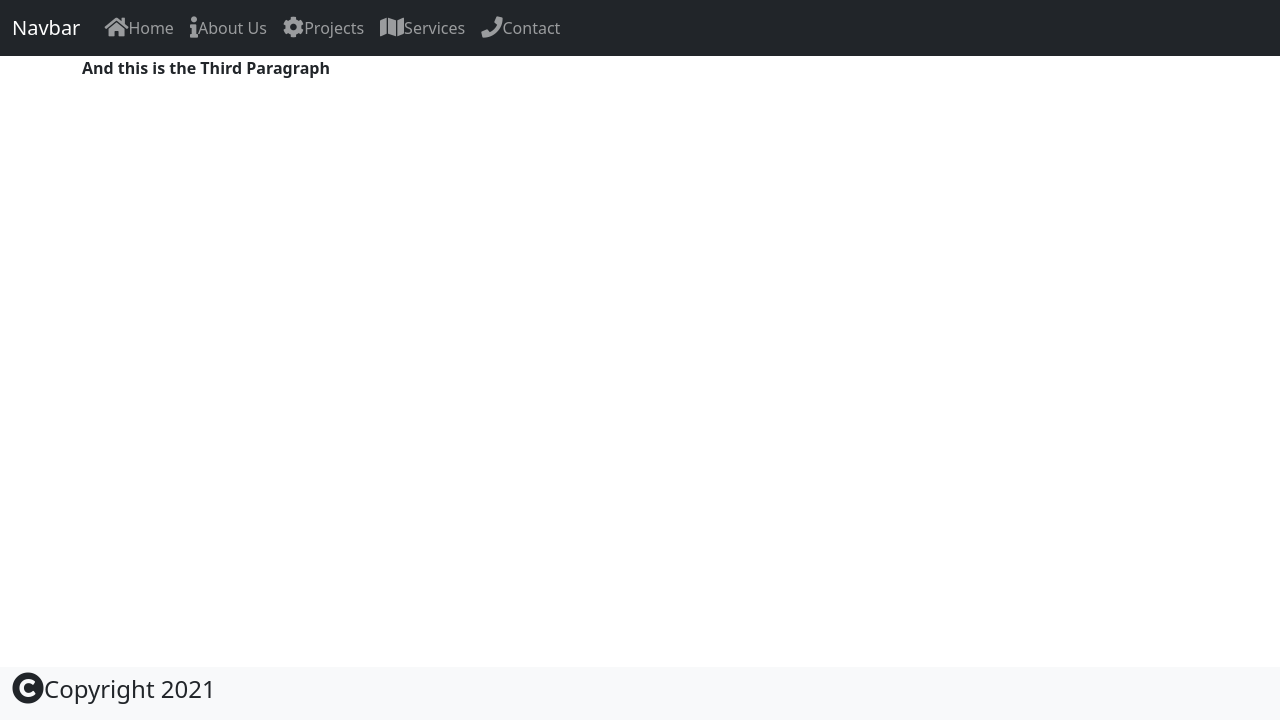
Repository: deividwsantoss/webd6201-W2021-ICE1
Page: Index.html
An editor plug-in stored every save of this project. The page is shown before and after the next save, followed by the edit.
The browser window is 1280 px wide. The pictures show the whole page.

Above is the page before, as saved 2021-02-02 11:07:53.

### Index.html
<!DOCTYPE html>
<html lang="en">
<head>
    <meta charset="UTF-8">
    <meta name="viewport" content="width=device-width, initial-scale=1.0">
    <title>WEBD6201 - W2021 - ICE 1</title>
</head>
<!-- CSS SECTION -->
<link rel="stylesheet" href="./node_modules/bootstrap/dist/css/bootstrap.min.css">
<link rel="stylesheet" href="./node_modules/@fortawesome/fontawesome-free/css/all.min.css">
<link rel="stylesheet" href="./Content/app.css">

<body>
    <header>
        <nav class="navbar navbar-expand-lg navbar-dark bg-dark">
            <div class="container-fluid">
              <a class="navbar-brand" href="#">Navbar</a>
              <button class="navbar-toggler" type="button" data-bs-toggle="collapse" data-bs-target="#navbarSupportedContent" aria-controls="navbarSupportedContent" aria-expanded="false" aria-label="Toggle navigation">
                <span class="navbar-toggler-icon"></span>
              </button>
              <div class="collapse navbar-collapse" id="navbarSupportedContent">
                <ul class="navbar-nav me-auto mb-2 mb-lg-0">
                  <li class="nav-item">
                    <a class="nav-link" aria-current="page" href="#"><i class="fas fa-home fa-lg"></i>Home</a>
                  </li>
                  <li class="nav-item">
                    <a class="nav-link" aria-current="page" href="#"><i class="fas fa-info fa-lg"></i>About Us</a>
                  </li>
                  <li class="nav-item">
                    <a class="nav-link" aria-current="page" href="#"><i class="fas fa-cog fa-lg"></i>Projects</a>
                  </li>
                  <li class="nav-item">
                    <a class="nav-link" aria-current="page" href="#"><i class="fas fa-map fa-lg"></i>Services</a>
                  </li>
                  <li class="nav-item">
                    <a class="nav-link" aria-current="page" href="#"><i class="fas fa-phone fa-lg"></i>Contact</a>
                  </li>

                </ul>

              </div>
            </div>
          </nav>
    </header>
    <main class="container">

        <h1>Welcome to WEBD6201 </h1>
        <p id="paragraphOne"> </p>
    </main>

    <footer>
        <nav class="navbar fixed-bottom navbar-light bg-light">
            <div class="container-fluid">
                <h4><i class="fas fa-copyright fa-lg"></i>Copyright 2021 </h4>
            </div>
          </nav>

    </footer>
    <!-- Script Section-->
    <script src="./node_modules/jquery/dist/jquery.min.js"></script>
    <script src="./node_modules/bootstrap/dist/js/bootstrap.bundle.min.js"></script>
    <script src="./Scripts/app.js"></script>
</body>
</html>

### Scripts/app.js
/* Custom JavaScript goes here */


// IIFE -
//AKA - Anonymous self-excuting function

"use strict";

(function()
{


    function Start()
    {
        console.log("App Started...")

        let paragraphOneText = "This is a simple site to demonstrate DOM manipulation for ICE 1";
        let paragraphOneElement = document.getElementById("paragraphOne");

        //let paragraphOneParagraph = document.getElementsByTagName("p")[0];
        //let paragraphOneQuery = document.querySelector("p");
        //let paragraphOneQuerys = document.querySelectorAll("p")[0];

        paragraphOneElement.textContent = paragraphOneText;
        paragraphOneElement.className = "fs-5";

        //Step 1. document.createElement
        let newParagraph = document.createElement("p");
        //configure the element
        newParagraph.setAttribute("id", "paragraphTwo");
        newParagraph.textContent = "... And this is Paragraph Two";
        //step 3. Select the parent element
        let mainContent = document.getElementsByTagName("main")[0];
        //step 4. Add / Insert the element
        mainContent.appendChild(newParagraph);

        newParagraph.className = "fs-5";

        //Another way to insert
        let paragraphThree = `<p class="fs-7 fw-bold">And this is the Third Paragraph</p>`
        mainContent.innerHTML = paragraphThree;



    }
    window.addEventListener("load", Start);


})();

Loaded but not shown: node_modules/bootstrap/dist/css/bootstrap.min.css (library); node_modules/@fortawesome/fontawesome-free/css/all.min.css (library); node_modules/jquery/dist/jquery.min.js (library); node_modules/bootstrap/dist/js/bootstrap.bundle.min.js (library); Content/app.css (no stored copy; drawn as an empty file)

After the next save:
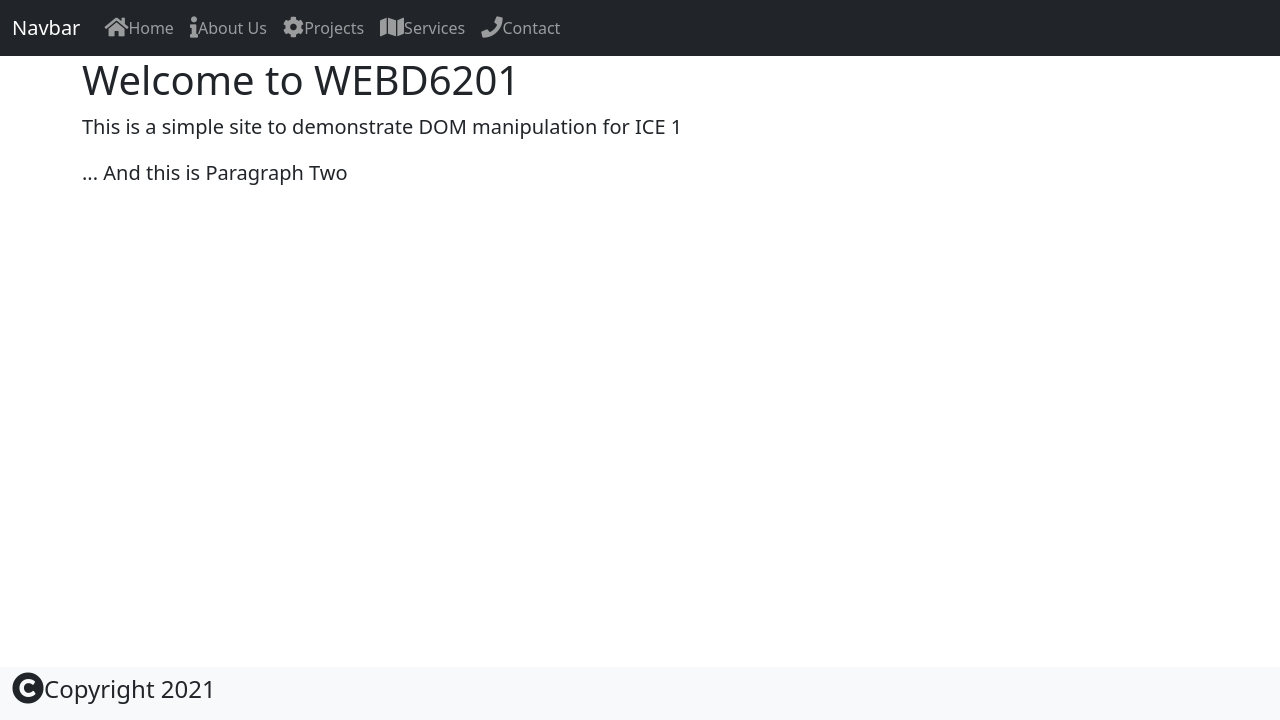
Saved 6 min 12 s later.
--- a/Scripts/app.js
+++ b/Scripts/app.js
@@ -24,6 +24,7 @@
         paragraphOneElement.textContent = paragraphOneText;
         paragraphOneElement.className = "fs-5";
 
+        //SECOND METHOD
         //Step 1. document.createElement
         let newParagraph = document.createElement("p");
         //configure the element
@@ -37,8 +38,8 @@
         newParagraph.className = "fs-5";
 
         //Another way to insert
-        let paragraphThree = `<p class="fs-7 fw-bold">And this is the Third Paragraph</p>`
-        mainContent.innerHTML = paragraphThree;
+      //  let paragraphThree = `<p class="fs-7 fw-bold">And this is the Third Paragraph</p>`
+      // mainContent.innerHTML = paragraphThree;
 
 
 

After the save that followed:
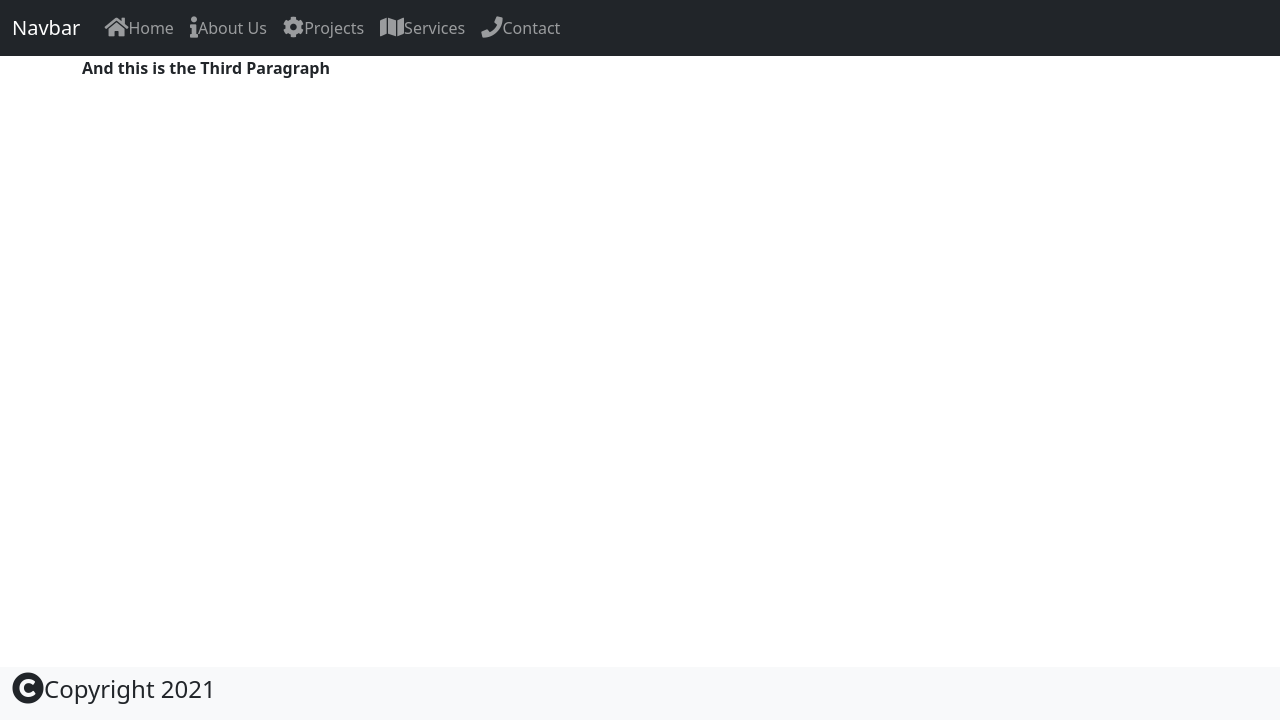
Saved 11 min 47 s later.
--- a/Scripts/app.js
+++ b/Scripts/app.js
@@ -37,11 +37,12 @@
 
         newParagraph.className = "fs-5";
 
-        //Another way to insert
-      //  let paragraphThree = `<p class="fs-7 fw-bold">And this is the Third Paragraph</p>`
-      // mainContent.innerHTML = paragraphThree;
+        //  Another way to insert
+        let paragraphDiv = document.createElement('div');
+          let paragraphThree = `<p class="fs-7 fw-bold">And this is the Third Paragraph</p>`
+        mainContent.innerHTML = paragraphThree;
 
-
+        newParagraph.before(paragraphDiv);
 
     }
     window.addEventListener("load", Start);
